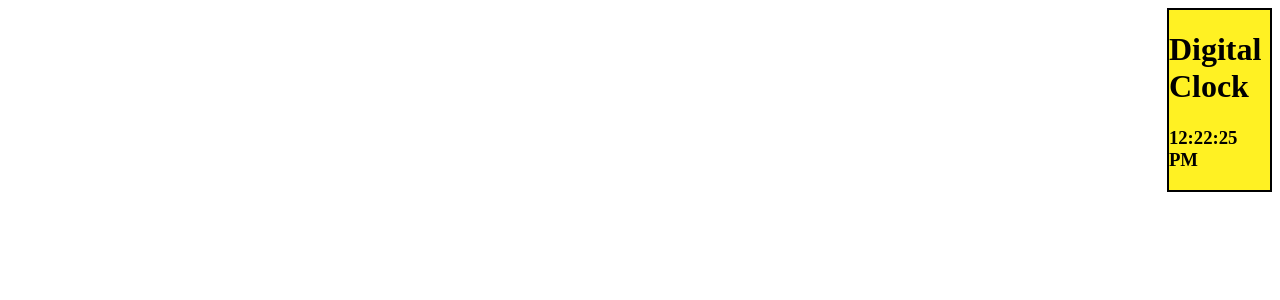
Repository: ashwani436/React-Assignment-5---Digital-Clock
Page: /
An editor plug-in stored every save of this project. The page is shown before and after the next save, followed by the edit.
The browser window is 1280 px wide. The pictures show the whole page.
The project was rebuilt for these pictures with package versions that can differ from the ones it lists, and the page was loaded fresh each time. Also part of the build but not shown: webpack.config.js.

Above is the page before, as saved 2021-02-20 12:32:50.

After the next save:
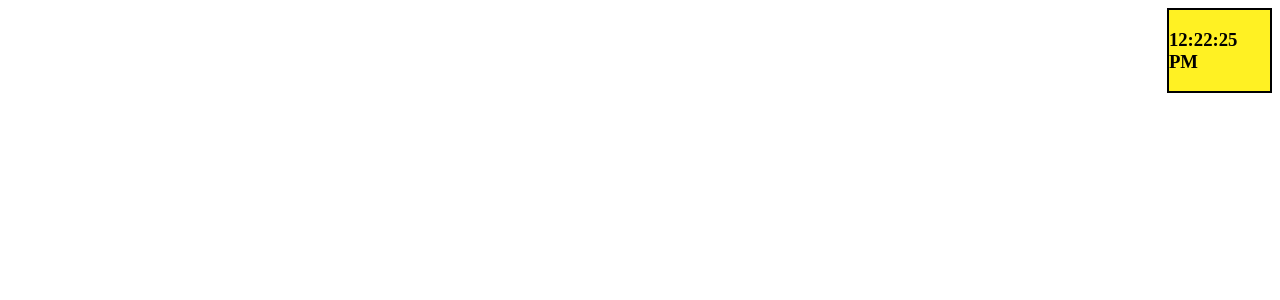
Saved 62 s later.
--- a/src/components/App.js
+++ b/src/components/App.js
@@ -21,7 +21,6 @@ class App extends Component {
         const { time } = this.state; // retrieve the time from state
 
         return (<div className="Clock">
-            <h1 id="time">Digital Clock</h1>
             <h3>
                 {/* print the string prettily */}
                 {time.toLocaleTimeString()}
